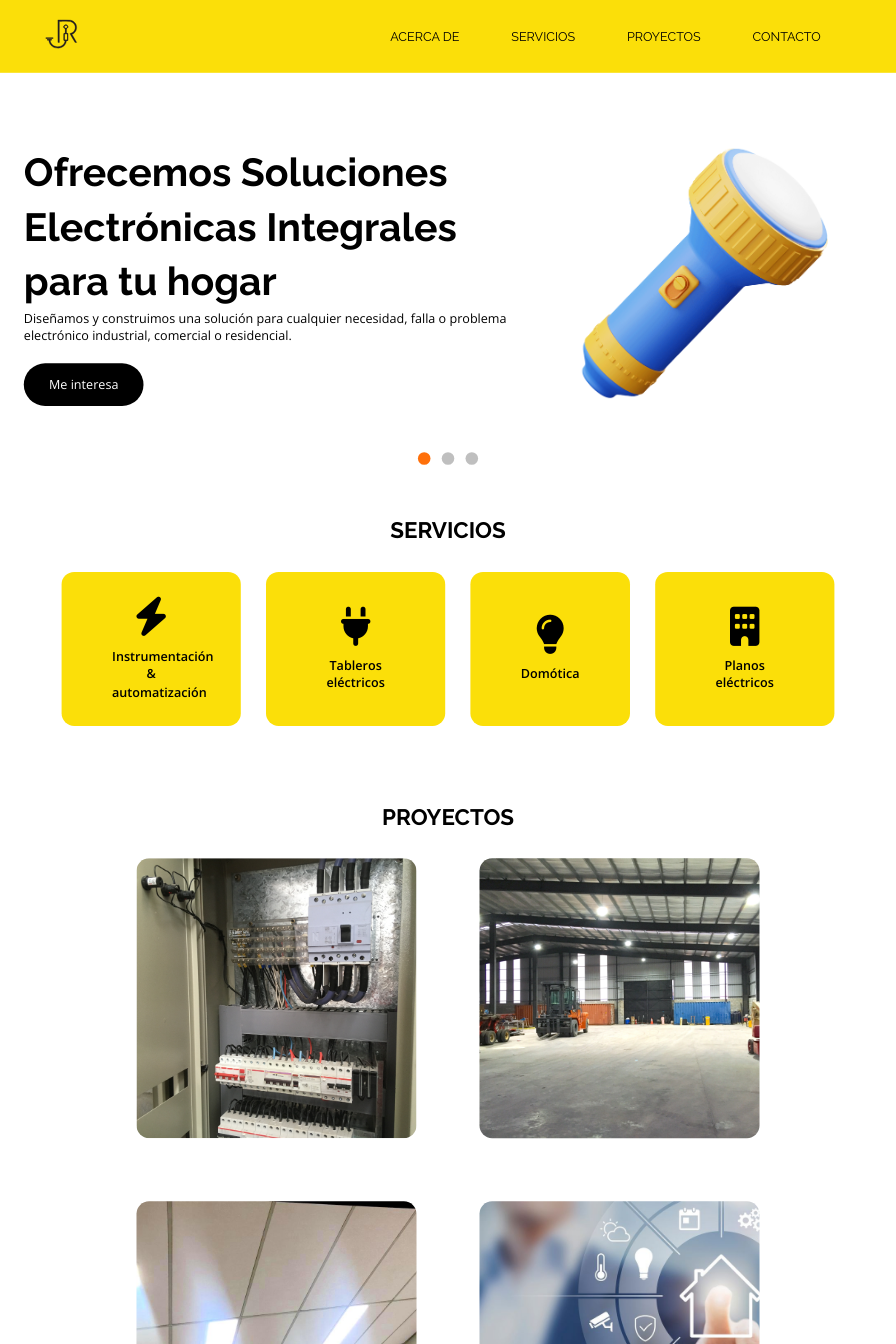
Repository: jeraldinnemg/rjelectronics
Page: index.html
These files come from the project's save history. The page is drawn as it stood at one moment and after the next save; the edit follows.
The browser window is 1280 px wide. The pictures show the part of the page from y = 0 to 1920 px (the page is 2634 px tall before and 3344 px after), at 70% of full size.
Some web libraries are served in a nearby version.

Above is the page before, as saved 2022-07-27 21:07:17.

### index.html
<!DOCTYPE html>
<html lang="en">
<head>
    <meta charset="UTF-8">
    <meta http-equiv="X-UA-Compatible" content="IE=edge">
    <meta name="viewport" content="width=device-width, initial-scale=1.0">
    <link rel="shortcut icon" href="favicon.ico" type="image/x-icon">
    <!-- Google fonts -->
    <link rel="preconnect" href="https://fonts.googleapis.com">
    <link rel="preconnect" href="https://fonts.gstatic.com" crossorigin>
<link href="https://fonts.googleapis.com/css2?family=Open+Sans:wght@300;400;500;600&family=Raleway:wght@300;400;500;600;700;800&display=swap" rel="stylesheet">
<link rel="stylesheet" href="https://cdnjs.cloudflare.com/ajax/libs/font-awesome/6.1.1/css/all.min.css" integrity="sha512-KfkfwYDsLkIlwQp6LFnl8zNdLGxu9YAA1QvwINks4PhcElQSvqcyVLLD9aMhXd13uQjoXtEKNosOWaZqXgel0g==" crossorigin="anonymous" referrerpolicy="no-referrer" />
    <!-- Custom system -->
    <link rel="stylesheet" href="index.css">
    <script src="https://kit.fontawesome.com/05b8218d7f.js" crossorigin="anonymous"></script>


    <script src="navigation.js" defer></script>
    <script src="tabs.js" defer></script>

    <title>RJ Electronics</title>
</head>
<body>
    <header class="primary-header flex">
            <a href="#">
                <img class="logo" width="50px" height="50px"src="/img/logo.svg" alt="">
            </a>
            <button class="mobile-nav-toggle" aria-controls="primary-navigation"><span class="sr-only" aria-expanded="false">Menu</span></button>
            <nav >
                <ul class="primary-navigation flex" data-visible="false">
                    <li><a href="#" class="uppercase text-dark ff-serif">Acerca de</a></li>
                    <li><a href="#" class="uppercase text-dark ff-serif">Servicios</a></li>
                    <li><a href="#" class="uppercase text-dark ff-serif">Proyectos</a></li>
                    <li><a href="#" class="uppercase text-dark ff-serif">Contacto</a></li>
                </ul>
            </nav>
    </header>

    <main class="grid-container grid-container--home">
        <section class="hero">
            <div class="container flex">
                <!-- CTA-1 -->
                <article class="a-self" id="lampara-tab" role="tabpanel" tabindex="0">
                    <h1 class="ff-serif fs-700">Ofrecemos Soluciones Electrónicas Integrales para tu hogar</h1>
                    <p class="ff-sans fs-400">Diseñamos y construimos una solución para cualquier necesidad, falla o problema electrónico industrial, comercial o residencial.</p>
                    <a href="#" class="button"><span>Me interesa</span></a>
                </article>
                <!-- CTA-2 -->
                <article hidden class="a-self" id="destornillador-tab" role="tabpanel" tabindex="0">
                    <h2 class="ff-serif fs-700">Creamos espacios luminosos a tu medida</h2>
                    <p class="ff-sans fs-400">Nos encargamos de calcular los lumens necesarios para que obtengas un espacio con luz de calidad.</p>
                    <a href="#" class="button"><span>Ver más</span></a>
                </article>
                <!-- CTA-3 -->
                <article hidden class="a-self" id="interruptor-tab" role="tabpanel" tabindex="0">
                    <h2 class="ff-serif fs-700">Creamos ambientes inteligentes</h2>
                    <p class="ff-sans fs-400">Nos encargamos de automatizar espacios y lugares de manera fácil y rápida.</p>
                    <a href="#" class="button"><span>Me interesa</span></a>
                </article>
                <picture class= "hero__image" id="lampara-image">
                    <img src="/img/lampara.png" alt="lampara" >
                </picture>
                <picture class= "hero__image" hidden id="destornillador-image">
                    <img src="/img/destornillador.png" alt="destornillador">
                </picture>
                <picture class= "hero__image" hidden id="interruptor-image">
                    <img src="/img/interruptor.png" alt="interruptor">
                </picture>
            </div>
            <!-- Dots -->
            <div class="dot-indicators flex" role="tablist" aria-label="services list">
                <button aria-selected="true" aria-controls="lampara-tab" data-image="lampara-image" role="tab" tabindex="0"><span class="sr-only">Lampara</span></button>
                <button aria-selected="false" aria-controls="destornillador-tab" data-image="destornillador-image" role="tab" tabindex="-1"><span class="sr-only">destornillador</span></button>
                <button aria-selected="false" aria-controls="interruptor-tab" data-image="interruptor-image" role="tab" tabindex="-1"><span class="sr-only">Interruptor</span></button>
            </div>
        </section>

        <section class="services">
            <h2 class="ff-serif fs-600 uppercase">Servicios</h2>
            <div class="container">
                <article class="card flex">
                    <i class="fa-solid fa-bolt fs-700"></i>
                    <div class="card-body">
                        <h2 class="card-title fs-400">Instrumentación & automatización</h2>

                    </div>
                </article>
                <article class="card flex">
                    <i class="fa-solid fa-plug fs-700 "></i>
                    <div class="card-body">
                        <h2 class="card-title fs-400">Tableros eléctricos</h2>

                    </div>
                </article>
                <article class="card flex">
                    <i class="fa-solid fa-lightbulb fs-700"></i>
                    <div class="card-body">
                        <h2 class="card-title fs-400">Domótica</h2>

                    </div>
                </article>
                <article class="card flex">
                    <i class="fa-solid fa-building  fs-700"></i>
                    <div class="card-body">
                        <h2 class="card-title fs-400">Planos eléctricos</h2>

                    </div>
                </article>
        </div>
        </section>
        <section class="projects">
            <h2 class="ff-serif fs-600 uppercase">Proyectos</h2>
            <div class="projects-container grid">
                <article class="project" style="background-image: url('/img/servicio-electricidad.JPG')">
                    <div class="project-overlay">
                    <h2 class="overlay-text fs-600 uppercase" >Tablero eléctrico</h2>
                    </div>
                </article>
                <article class="project" style="background-image: url('/img/trabajos-iluminacion-galpon.JPG')">
                    <div class="project-overlay">
                        <h2 class="overlay-text fs-500 uppercase">Iluminación industrial</h2>
                    </div>
                </article>
                <article class="project" style="background-image: url('/img/iluminacion-oficinas.jpeg') ">
                    <div class="project-overlay">
                        <h2 class="overlay-text fs-500 uppercase">Iluminación de oficina</h2>
                    </div>
                </article>
                <article class="project" style="background-image: url('/img/servicios-domotica.jpg') ">
                    <div class="project-overlay">
                        <h2 class="overlay-text fs-500 uppercase">Domótica en casa</h2>
                    </div>
                </article>
        </div>
        </section>
        <section class="statics">
            <h2 class="ff-serif fs-600 uppercase">Nuestros números</h2>
            <div class="container" >
            <div class="flex">
                <span>+5</span>
                <p>Años de experiencia</p>
            </div>
            <div class="flex" >
                <span>+40</span>
                <p>Proyectos terminados</p>
            </div>
            <div  class="flex">
                <span>+20</span>
                <p>Clientes felices</p>
            </div>
        </div>
        </section>

    </main>


    <footer class="flex">
        <a href="#">
            <img class="logo" width="50px" height="50px"src="/img/logo.svg" alt="">
        </a>
        <div class="col">
            <h3>Contacto</h3>
                <p>hola@rjelectronic.com</p>
                <p>1150329541</p>
        </div>
        <div class="col">
            <h3>RRSS</h3>
                <p>hola@rjelectronic.com</p>
                <p>1150329541</p>
                <p>Content</p>
        </div>
    </footer>

</body>
</html>

### index.css
/* ----------------------- */
/* --Custom properties---- */
/* ----------------------- */

:root {
   /*colors*/
   --clr-dark: 0 0% 0%;
   --clr-main: 53 97% 51%;
   --clr-secondary: 25 100% 52%;
   --clr-white: 0 0% 100%;

/*font-sizes*/
--fs-1000: 9.375rem; /*150x*/
--fs-900: 6.25rem; /*100px*/
--fs-800: 4.5rem; /*72px*/
--fs-700: 3.5rem; /*56px*/
--fs-600: 2rem; /*32px*/
--fs-500: 1.75rem; /*28px*/
--fs-400: 1.125rem; /*18px*/
--fs-300: 1rem; /*16px*/
--fs-200: 0.875rem; /*14px*/

/*font-family*/
--ff-serif: "Raleway", serif;
--ff-sans: "Open sans", sans-serif;


}

.uppercase {
    text-transform: uppercase;
}

/* -------------- */
/* -----RESET---- */
/* -------------- */

*,
*::before,
*::after {
    box-sizing: border-box;
}

/* Reset margins */
h1,
h2,
h3,
h4,
h5,
body,
p,
picture,
figure {
    margin:0;
}

/* Set up the body  */

body {
    font-family: var(--ff-sans);
    font-size: var(--fs-400);
    color:hsl(var(--clr-dark));
    line-height: 1.4;
    min-height: 100vh;

    display: grid;
    grid-template-rows: min-content 1fr;

    overflow-x:hidden;
}

/* Make images easier to work */
img,
picture {
    max-width: 100%;
}

/* Make form elements easier to work*/
input,
select,
button,
textarea {
    font: inherit;
}

/* Remove all animations, transitions and smooth scroll for people that prefer not to see them (Accesibility Recourse piccali.li*/
@media (prefers-reduced-motion: reduce) {
    html:focus-within {
     scroll-behavior: auto;
    }

    *,
    *::before,
    *::after {
      animation-duration: 0.01ms !important;
      animation-iteration-count: 1 !important;
      transition-duration: 0.01ms !important;
      scroll-behavior: auto !important;
    }
  }

/* ------------------ */
/* -UTILITY CLASES-- */
/* ----------------- */

.flex {
    display: flex;
    gap: var(--gap, 1rem);
}

.grid {
    display: grid;
    gap: var(--gap, 1rem);
}

.a-self{
    align-self: center;
}

.container {
    padding-inline: 1em;
    margin-inline: auto;
    max-width: 80rem;

    display: flex;
    flex-direction: column;
}

.dot-indicators{
    justify-content: center;
}

.hero{
    margin-top: 2em;
}


.sr-only {
    position: absolute;
    width: 1px;
    height: 1px;
    padding: 0;
    margin: -1px;
    overflow: hidden;
    clip: rect (0,0,0,0);
    white-space: nowrap; /*added line*/
    border: 0;
}

/*Colors */

.bg-dark { background-color: hsl(var(--clr-dark));}
.bg-yellow {background-color: hsl(var(--clr-yellow));}
.bg-white { background-color: hsl(var(--clr-white));}

.text-dark { color: hsl(var(--clr-dark));}
.text-dark { color: hsl(var(--clr-dark));}
.text-dark { color: hsl(var(--clr-dark));}

/*Typography */

.ff-serif {font-family: var(--ff-serif);}
.ff-sans {font-family: var(--ff-sans);}

.letter-spacing-1  {letter-spacing: 4.75px;}
.letter-spacing-2  {letter-spacing: 2.7px;}
.letter-spacing-1  {letter-spacing: 2.35px;}

.fs-900 {font-size: var(--fs-900);}
.fs-800 {font-size: var(--fs-800);}
.fs-700 {font-size: var(--fs-700);}
.fs-600 {font-size: var(--fs-600);}
.fs-500 {font-size: var(--fs-500);}
.fs-400 {font-size: var(--fs-400);}
.fs-300 {font-size: var(--fs-300);}
.fs-200 {font-size: var(--fs-200);}

.fw-400 {font-weight: 400;}
.fw-500 {font-weight: 500;}

/* General */

.flex {
    display: flex;
    gap: var(--gap, 1rem);
}

.flex.even-columns > * {
    width: 100%;
}

.grid {
    display: grid;
    gap: var(--gap, 1rem);
}

.d-block {
    display: block;
}

/* ----------------- */
/* ---COMPONENT----- */
/* ----------------- */

/* Primary header */

.logo{
    margin: 1.5rem clamp(1.5rem, 5vw, 4rem);
}

.primary-header{
    align-items:center;
    justify-content: space-between;
    background-color: hsl(var(--clr-main));
}

.primary-navigation{
    --gap: clamp(1.5rem, 5vw, 3.5rem);
    list-style: none;
    text-decoration: none;
    padding: 0;
    margin:0;
}

.primary-navigation a, footer a{
    text-decoration: none;
    margin-right: 1em;
}

.mobile-nav-toggle{
    display: none;
}

@media(max-width:35em){
    .primary-navigation{
        --underline-gap: 0.5rem;
        position: fixed;
        inset: 0 0 0 20%;
        z-index:1000;
        padding: min(20rem, 15vh);
        margin:0;
        z-index:1000;
        list-style: none;
        flex-direction: column;
        background-color: hsl(var(--clr-main));
        transform: translateX(100%);
        transition: transform ease-in-out;

    }

    .primary-navigation[data-visible='true']{
        transform: translateX(0);
    }

    .mobile-nav-toggle {
        display: block;
        position: absolute;
        z-index:2000;
        right: 2rem;
        top: 2rem;
        background: transparent;
        background-image: url(/img/icon-hamburger.svg);
        background-repeat:no-repeat;
        background-position: center;
        width: 1.5rem;
        aspect-ratio:1;
        border: 0;
        cursor: pointer;
    }

    .mobile-nav-toggle[aria-expanded='true']{
        background-image: url(/img/icon-close.svg);
    }

    .mobile-nav-toggle:focus-visible{
        outline:5px solid white;
        outline-offset: 5px;
    }
}

@media (min-width: 35em){
    .primary-navigation{
        padding-inline: clamp(3rem, 7vw, 7rem);
    }
}

@media(min-width: 45em){
    .primary-navigation{
        margin-block:2rem;
    }
}


/* ---------- */
/* Button     */
/* --------- */

 .button {
    display: inline-flex;
	background: hsl(var(--clr-dark));
    padding: 1em 2em;
    border-radius: 2em;
    color: hsl(var(--clr-white));
	position: relative;
    text-decoration: none;
    transition: 0.3s ease all;
	position:relative;
	overflow:hidden;
    margin-top: 1.5em;
}

.button span {
	position:relative;
	z-index:2;
	transition: 0.3s ease all;
}

.button::after {
	content: "";
	width: 100%;
	height:100%;
	background: hsl(var(--clr-secondary));
	position: absolute;
	z-index: 1;
	top: -80px;
	left: 0;
	transition: 0.3s ease-in-out all;
}

.button:hover::after{
	top:0;
	}
/* ---------- */
/* Dots     */
/* --------- */

.dot-indicators > * {
        cursor: pointer;
        border: 0;
        border-radius: 50%;
        padding: .5em;
        background-color: hsl(var(--clr-dark)/ .25) ;
 }

.dot-indicators > *:hover,
.dot-indicators > *:focus {
        background-color: hsl(var(--clr-secondary)/ .5);
    }

.dot-indicators > [aria-selected="true"] {
        background-color: hsl( var(--clr-secondary) / 1);
    }

/* ---------- */
/* Card     */
/* --------- */
.card{
    background-color: hsl( var(--clr-main));
    padding: 2em 4em;
    margin: 2em 0em;
    border-radius: 1em;
    flex-direction: column;
}

i:hover{
    color: hsl( var(--clr-secondary));
}

.services, .projects, .statics{
    text-align: center;
    margin-top: 4em;
}

/* -------------------------*/
/* -------projects ----------- */
/* -------------------------*/

.projects-container{
    grid-template-columns: repeat(1, 1fr);
    margin-top: 2em;
}

.projects-container >article{
    position: relative;

    min-width: 400px;
    min-height: 400px;
    background-size: cover;
    background-repeat: no-repeat;
    background-position: center center;
    border-radius: 1em;
}

.projects .project .project-overlay{
    width: 0%;
	height: 100%;
	position: absolute;
	bottom: 0;
	left: 0;
	right: 0;
	background: hsl( var(--clr-main));
	overflow: hidden;
    border-radius: 1em;
	transition: .5s ease;
}

.projects .project:hover .project-overlay {
    width: 100%;
    opacity: 0.8;
}

.overlay-text {
	top: 50%;
	left: 50%;

	position: absolute;
	white-space: nowrap;
	color: hsl(var(--clr-dark));
	transform: translate(-50%, -50%);
	overflow: hidden;
	border-top: 1px solid #fff;
	border-bottom: 1px solid #fff;
}

/* -------------------------*/
/* -------STATICS --------- */
/* -------------------------*/
.statics .container{
    gap:3em;
    justify-content: space-between;
}

/* -------------------------*/
/* -------FOOTER ---------- */
/* -------------------------*/
footer{
    background-color: hsl( var(--clr-main));
    color: hsl( var(--clr-dark));
    padding: 2em 0em;
}

footer p{
    font-family: var(--ff-sans-normal);
    font-size: var(--fs-100);
    margin-bottom: 1em;

}

footer h3{
    font-size: var(--fs-300);
    color: var(--clr-secundary);
    margin-bottom: 0.5em;
}

footer div:first-child{
    align-items: flex-start;
}

/* -------------------------*/
/* -------Layout----------- */
/* -------------------------*/

.grid-container {
    display: grid;
    text-align: center;
    place-items:center;
    padding-inline: 1rem;
    padding-bottom: 4rem;
}

.grid-container  p:not([class]) {
    max-width: 50ch;
}

@media (min-width: 45em){
    .grid-container {
        text-align: left;
        column-gap: var(--container-gap, 2rem);
        grid-template-columns: minmax(1rem, 1fr)
        repeat (2, minmax((0, 30rem)) minmax(1rem, 1fr));
    }
    .grid-container--home {
        padding-bottom: max(6rem, 20vh);
        align-items: left;
    }
    .container {
        flex-direction: row;
        gap:2em;

    }

    .hero__image{
        max-width: 40%;
    }

    .card{
        max-width: 20vw;
        flex-direction: column;
        justify-content: center;
    }

    .projects-container{
        grid-template-columns: repeat(2, 1fr);
        gap: 5em;
    }













}

### navigation.js
// javascript

const nav = document.querySelector(".primary-navigation");
const navToggle = document.querySelector('.mobile-nav-toggle');


// when someone clicks the hamburguer button

navToggle.addEventListener('click', () => {

// if the nav is closed, open it

    const visibility = nav.getAttribute("data-visible");

    if (visibility === 'false') {
        nav.setAttribute('data-visible', true);
        navToggle.setAttribute('aria-expanded', true);
    } else {
        nav.setAttribute('data-visible', false);
        navToggle.setAttribute('aria-expanded', false);

    }
});

Loaded but not shown: tabs.js (81 lines, source omitted)

After the next save:
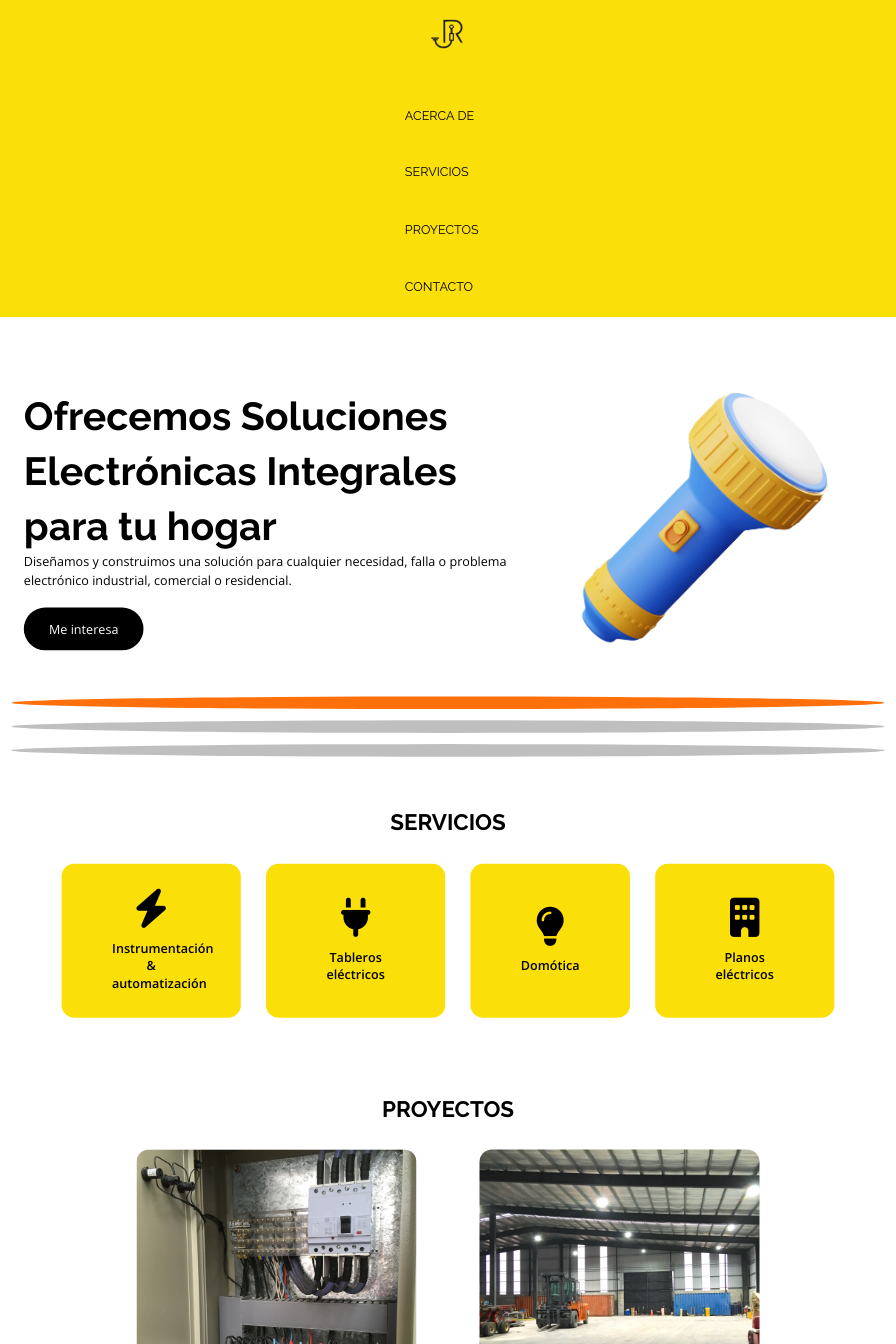
Saved 16 s later.
--- a/index.css
+++ b/index.css
@@ -473,6 +473,9 @@
 }
 
 @media (min-width: 45em){
+    .flex {
+        flex-direction: column;
+    }
     .grid-container {
         text-align: left;
         column-gap: var(--container-gap, 2rem);

After the save that followed:
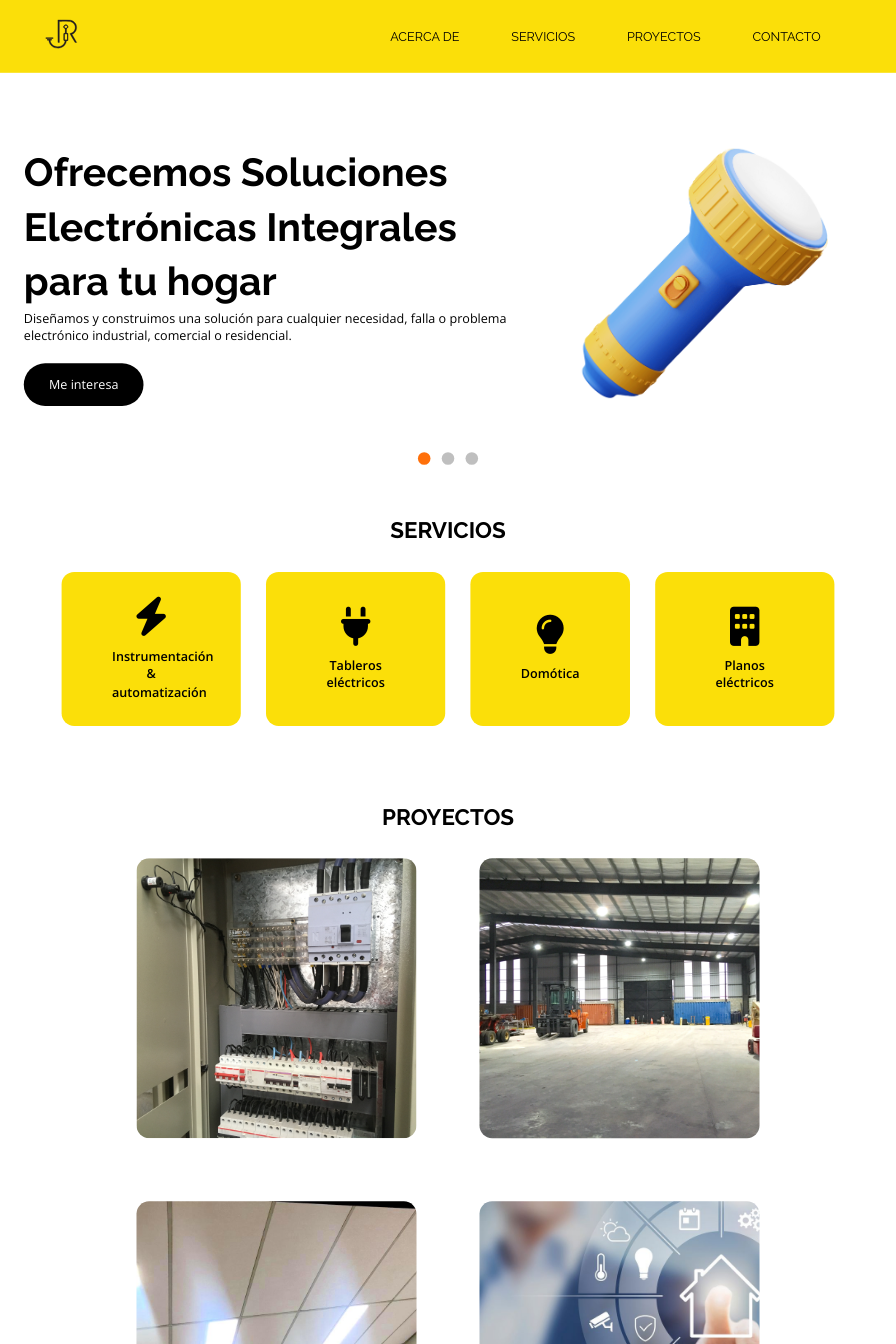
Saved 15 s later.
--- a/index.css
+++ b/index.css
@@ -473,9 +473,7 @@
 }
 
 @media (min-width: 45em){
-    .flex {
-        flex-direction: column;
-    }
+
     .grid-container {
         text-align: left;
         column-gap: var(--container-gap, 2rem);
